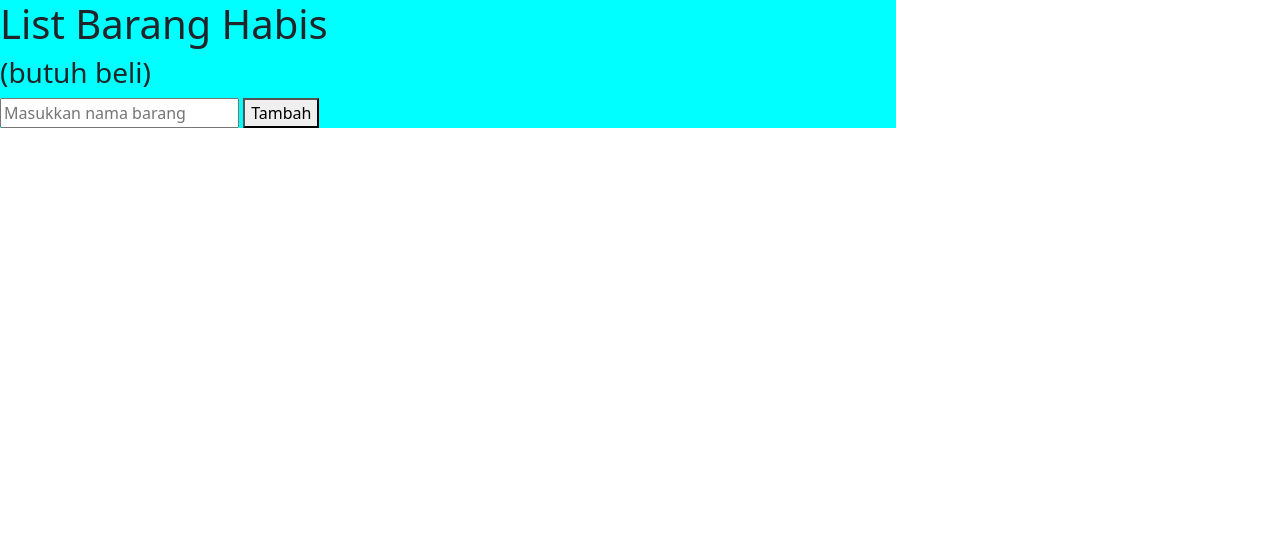
Repository: amorysdeo/dirumah
Page: index.html
The author's editor kept a copy of each file at every save. The page is drawn from the files as they stood at one save, then again after a run of saves.
The browser window is 1280 px wide. The pictures show the whole page.

Above is the page before, as saved 2025-11-27 11:46:03.

### index.html
<!DOCTYPE html>
<html lang="en">
<head>
    <meta charset="UTF-8">
    <meta name="viewport" content="width=device-width, initial-scale=1.0">
    <link rel="stylesheet" href="css.css">
    <link href="https://cdn.jsdelivr.net/npm/bootstrap@5.3.3/dist/css/bootstrap.min.css" rel="stylesheet">

    <title>Belanja</title>
</head>
<body>
    <div id="main-box">
        <div id="title">
            <h1>List Barang Habis</h1>
            <h3>(butuh beli)</h3>
        </div>
        <div id="inputan">
            <input type="text" id="barang" name="barang" placeholder="Masukkan nama barang">
            <button>Tambah</button>
        </div>
    </div>

    <script src="https://cdn.jsdelivr.net/npm/@popperjs/core@2.11.8/dist/umd/popper.min.js"></script>
    <script src="https://cdn.jsdelivr.net/npm/bootstrap@5.3.3/dist/js/bootstrap.min.js"></script>
</body>
</html>

### css.css
body{
    align-items: center;
    justify-content: center;
}

#main-box{
    background-color: aqua;
    justify-content: center;
    align-items: center;
    width: 70%;
}

After the next 5 saves:
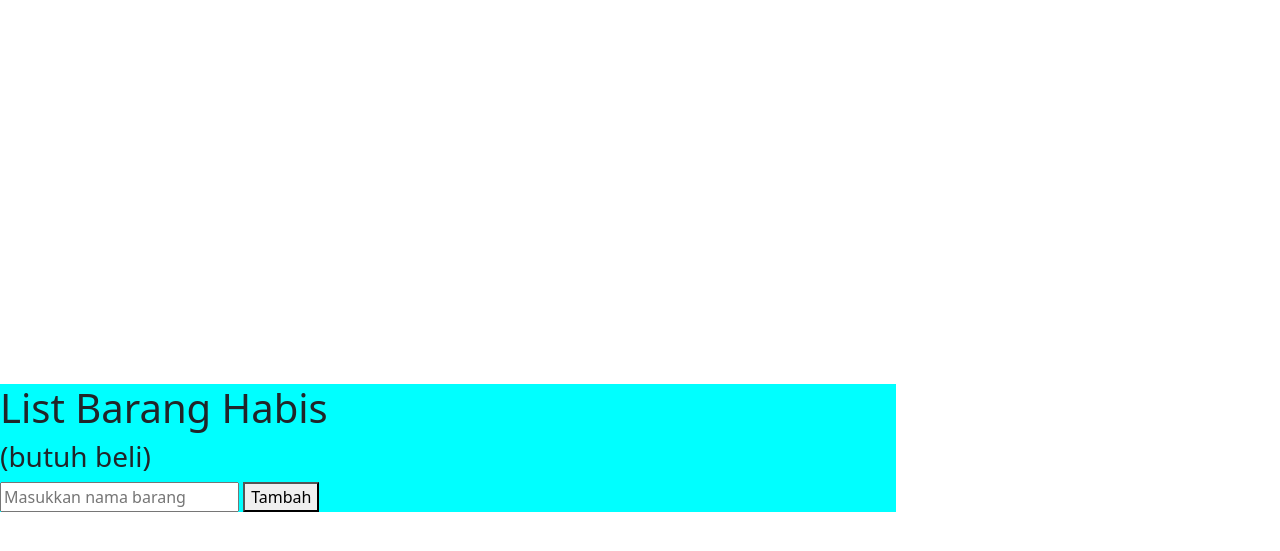
The 5 saves are shown as one change because they came seconds apart.
The last was saved 42 s later.
--- a/css.css
+++ b/css.css
@@ -1,4 +1,5 @@
 body{
+    padding-top: 30%;
     align-items: center;
     justify-content: center;
 }
